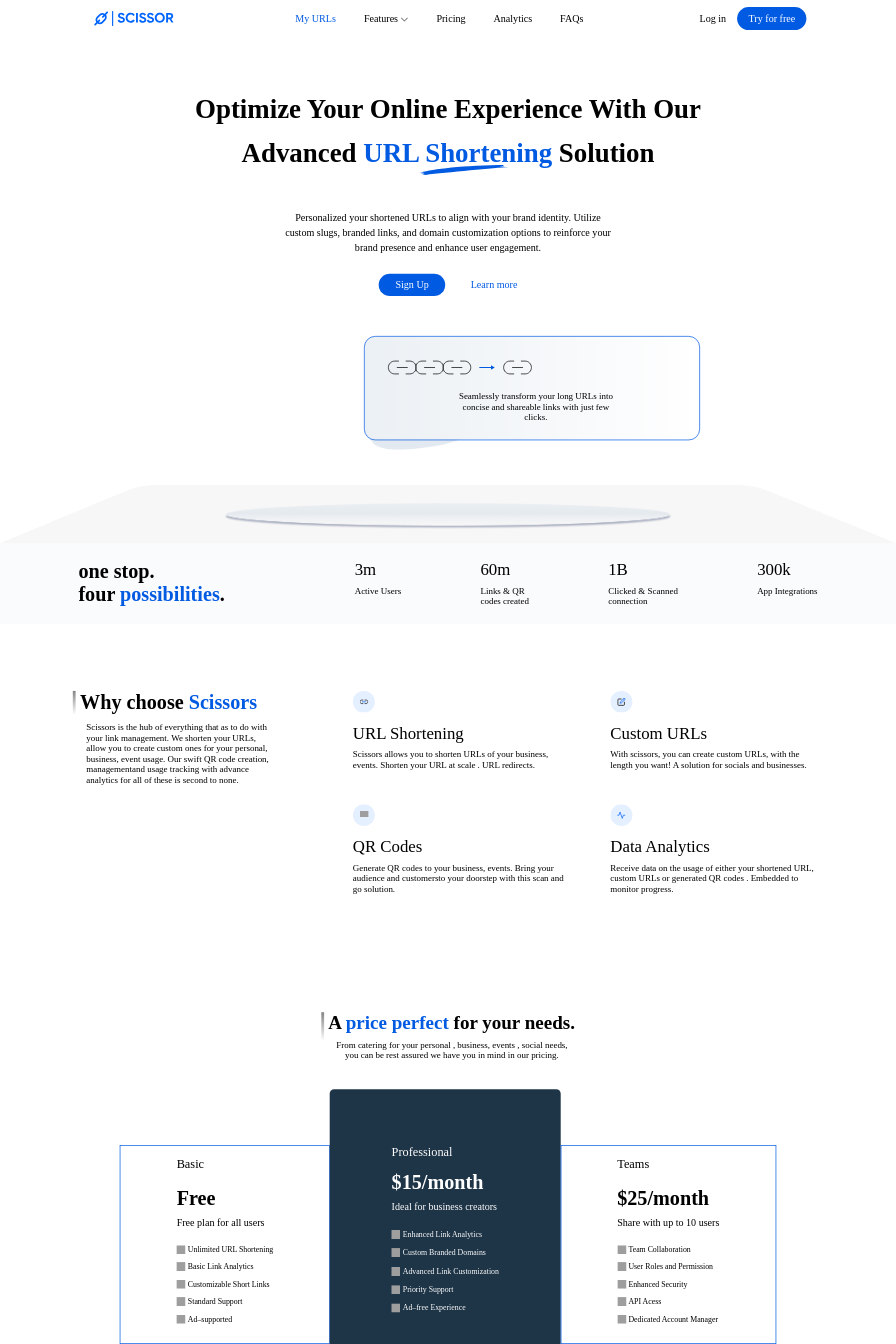
Repository: dark-txch/ass-1-6
Page: src/pages/scissors.html
These files come from the project's save history. The page is drawn as it stood at one moment and after the next save; the edit follows.
The browser window is 1280 px wide. The pictures show the part of the page from y = 0 to 1920 px (the page is 4397 px tall before and 4332 px after), at 70% of full size.
Pictures or frames that could not be fetched are drawn as grey boxes. Some web libraries are served in a nearby version.

Above is the page before, as saved 2024-11-29 18:54:06.

After the next save:
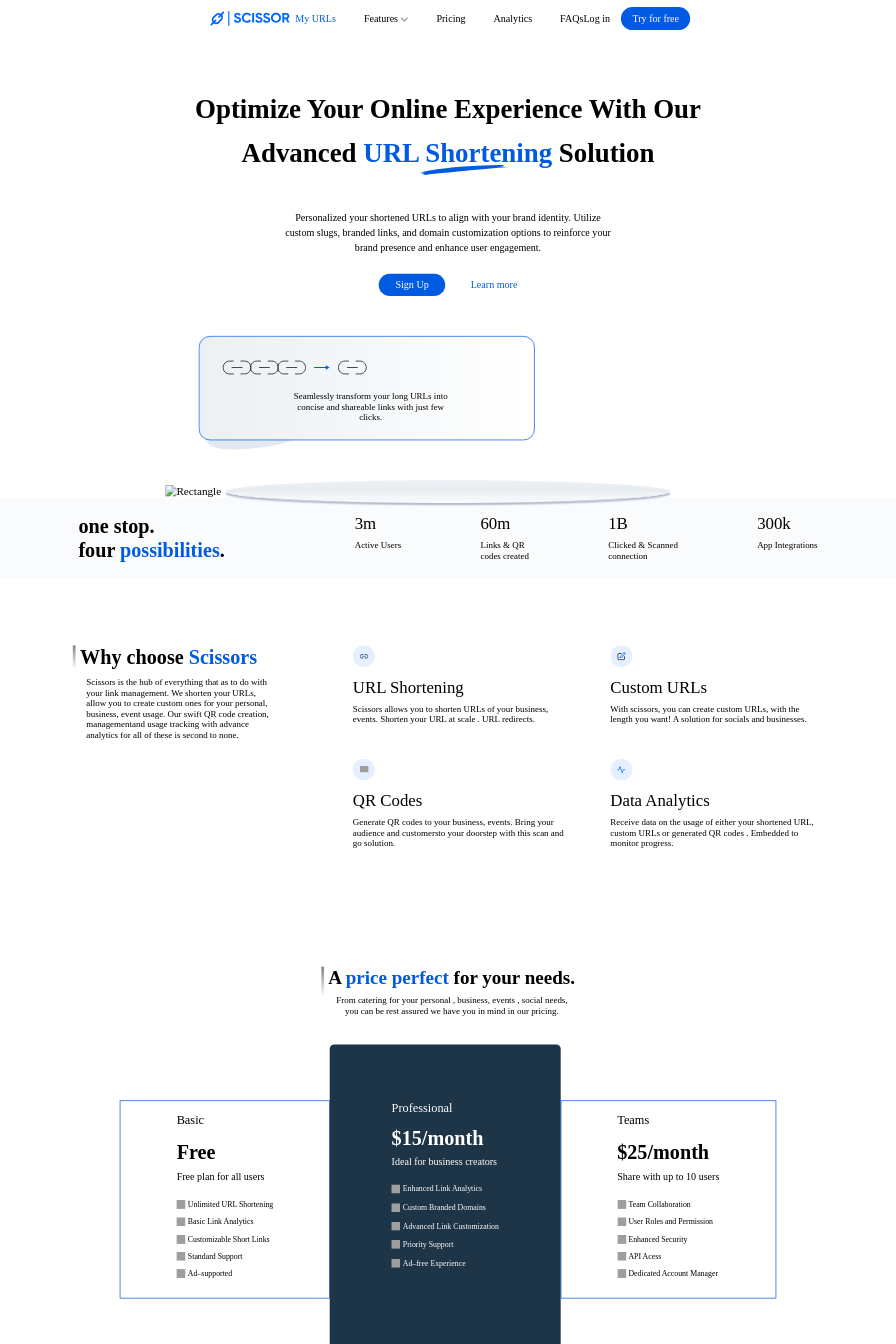
Saved 39 s later.
--- a/src/pages/scissors.html
+++ b/src/pages/scissors.html
@@ -86,7 +86,7 @@
 				<!-- -------------------------One stop possibilities desk ---- -->
 				<div id="oneStopFourDesk">
 					<span>
-						<img src="../../assets/scissors/Rectangle 9.png" alt="Rectangle" />
+						<img src="../../" alt="Rectangle" />
 					</span>
 					<span>
 						<img src="../../assets/scissors/Ellipse 1.png" alt="Ellipse" />
